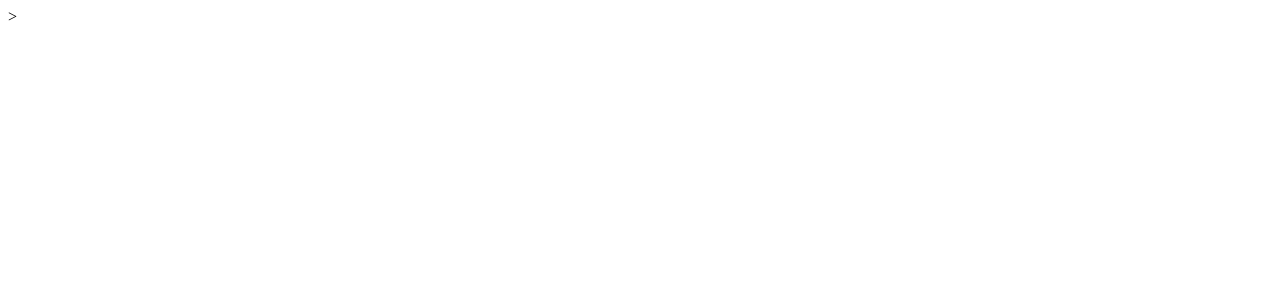
Repository: VictorAugustoBarros/Estudos
Page: javascript/Rocketseat/modulo1/5_exercicio.html
An editor plug-in stored every save of this project. The page is shown before and after the next save, followed by the edit.
The browser window is 1280 px wide. The pictures show the whole page.

Above is the page before, as saved 2020-01-22 18:24:06.
Console error: ReferenceError: listElement is not defined

### javascript/Rocketseat/modulo1/5_exercicio.html
<html>
    <head>
        <title>Estudo Js</title>
    </head>
    <body>
        <div id="texto"></div>>
    </body>
</html>

<script>
    var usuarios = [
        {
            nome: "Diego",
            habilidades: ["Javascript", "ReactJS", "Redux"]
        },
        {
            nome: "Gabriel",
            habilidades: ["VueJS", "Ruby on Rails", "Elixir"]
        }
    ];

    function createMessage(usuarios){
        var message = []
        for (user of usuarios){
             message.push("O " + user['nome'] + ' possui as habilidades ' + user['habilidades'].join(','))
        }

        return message;
    }

    var messages = createMessage(usuarios)

    for (msg of messages){
        var todoElement = document.createElement('p');
        var todoText = document.createTextNode(msg);
        todoElement.appendChild(todoText);
        listElement.appendChild(todoElement);
    }

</script>

After the next save:
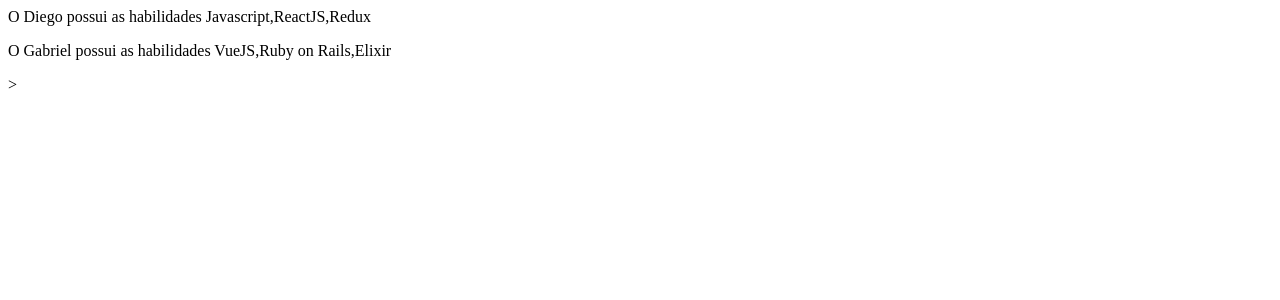
The error is gone.
Saved 28 s later.
--- a/javascript/Rocketseat/modulo1/5_exercicio.html
+++ b/javascript/Rocketseat/modulo1/5_exercicio.html
@@ -30,6 +30,8 @@
 
     var messages = createMessage(usuarios)
 
+    var listElement =  document.querySelector("#texto");
+
     for (msg of messages){
         var todoElement = document.createElement('p');
         var todoText = document.createTextNode(msg);
